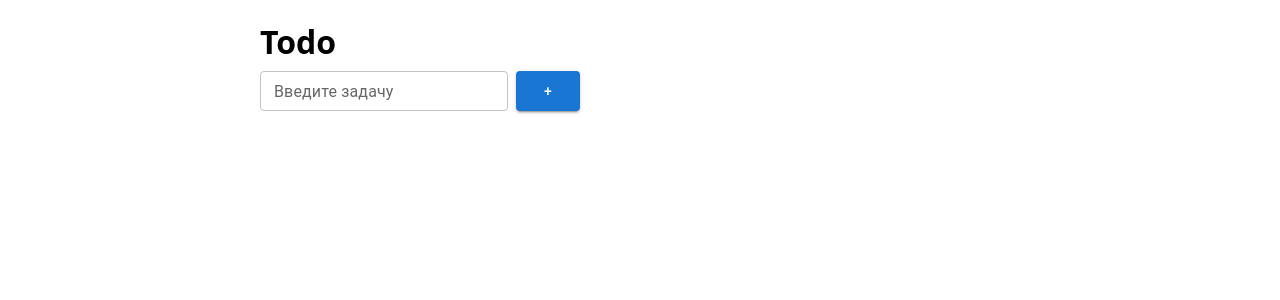
Repository: Burnmyheart/todo-app
Page: /
The author's editor kept a copy of each file at every save. The page is drawn from the files as they stood at one save, then again after the next save.
The browser window is 1280 px wide. The pictures show the whole page.
The project was rebuilt for these pictures with package versions that can differ from the ones it lists, and the page was loaded fresh each time. Also part of the build but not shown: vite.config.ts, src/components/TodoItem/TodoItem.tsx, src/components/TodoList/TodoList.tsx.

Above is the page before, as saved 2025-09-20 02:18:24.

After the next save:
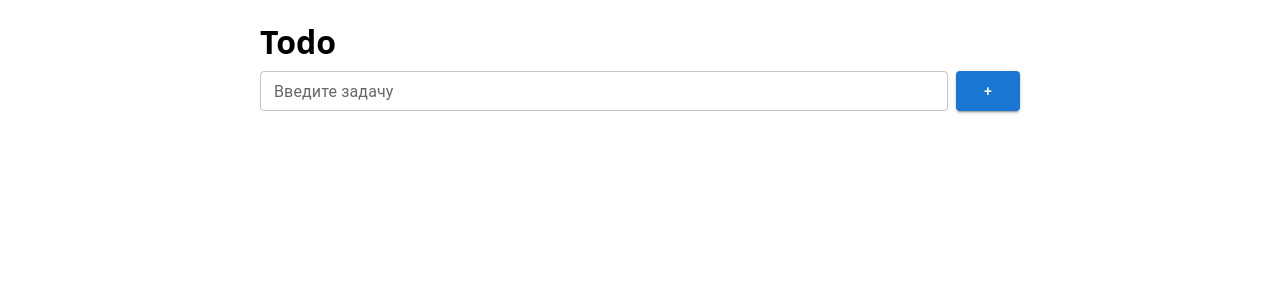
Saved 66 s later.
--- a/src/components/AddTodo/AddTodo.tsx
+++ b/src/components/AddTodo/AddTodo.tsx
@@ -23,16 +23,22 @@
   return (
     <Stack direction="row" spacing={1} sx={{ mt: 1, mb: 1 }}>
       <TextField
-        value={value}
-        onChange={(e) => {
-          setValue(e.target.value);
-          setError(false);
-        }}
-        size="small"
-        label={placeholder || "Введите задачу"}
-        error={error}
-        helperText={error ? "Поле не может быть пустым" : ""}
-      />
+  value={value}
+  onChange={(e) => {
+    setValue(e.target.value);
+    setError(false);
+  }}
+  size="small"
+  label={placeholder || "Введите задачу"}
+  error={error}
+  helperText={error ? "Поле не может быть пустым" : ""}
+  fullWidth
+  onKeyDown={(e) => {
+    if (e.key === "Enter") {
+      handleAdd();
+    }
+  }}
+/>
       <Button variant="contained" onClick={handleAdd}>
         +
       </Button>

After the save that followed:
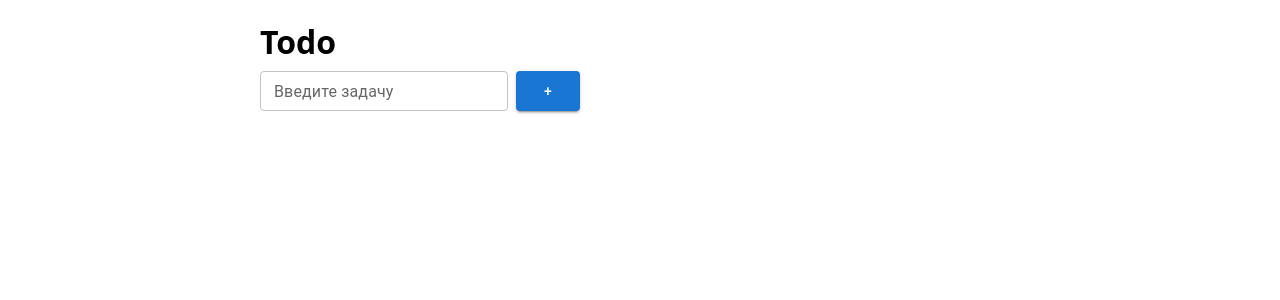
Saved 28 s later.
--- a/src/components/AddTodo/AddTodo.tsx
+++ b/src/components/AddTodo/AddTodo.tsx
@@ -23,22 +23,16 @@
   return (
     <Stack direction="row" spacing={1} sx={{ mt: 1, mb: 1 }}>
       <TextField
-  value={value}
-  onChange={(e) => {
-    setValue(e.target.value);
-    setError(false);
-  }}
-  size="small"
-  label={placeholder || "Введите задачу"}
-  error={error}
-  helperText={error ? "Поле не может быть пустым" : ""}
-  fullWidth
-  onKeyDown={(e) => {
-    if (e.key === "Enter") {
-      handleAdd();
-    }
-  }}
-/>
+        value={value}
+        onChange={(e) => {
+          setValue(e.target.value);
+          setError(false);
+        }}
+        size="small"
+        label={placeholder || "Введите задачу"}
+        error={error}
+        helperText={error ? "Поле не может быть пустым" : ""}
+      />
       <Button variant="contained" onClick={handleAdd}>
         +
       </Button>
